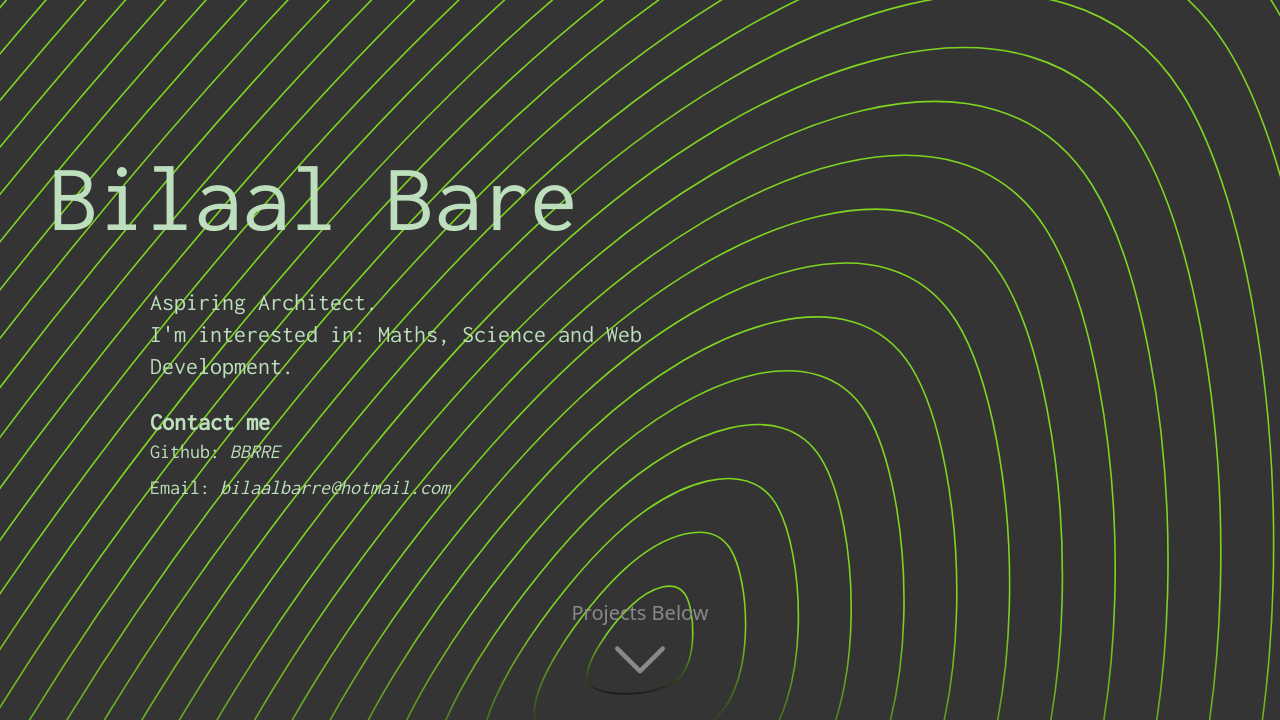
Repository: BBRRE/Portfolio-V2
Page: /
These files come from the project's save history. The page is drawn as it stood at one moment and after the next save; the edit follows.
The browser window is 1280 px wide. The pictures show the whole page.
Pictures or frames that could not be fetched are drawn as grey boxes. An inner scrolling area shows only its first screen. Some web fonts or font styles are not loaded; a fallback is used. The project was rebuilt for these pictures with package versions that can differ from the ones it lists, and the page was loaded fresh each time. Also part of the build but not shown: vite.config.js, src/Subjects/Archi.jsx, src/Subjects/CompSci.jsx, src/Subjects/EEng.jsx, src/Subjects/Other.jsx, src/ErrorBoundary.jsx.

Above is the page before, as saved 2025-01-16 08:35:02.

After the next save:
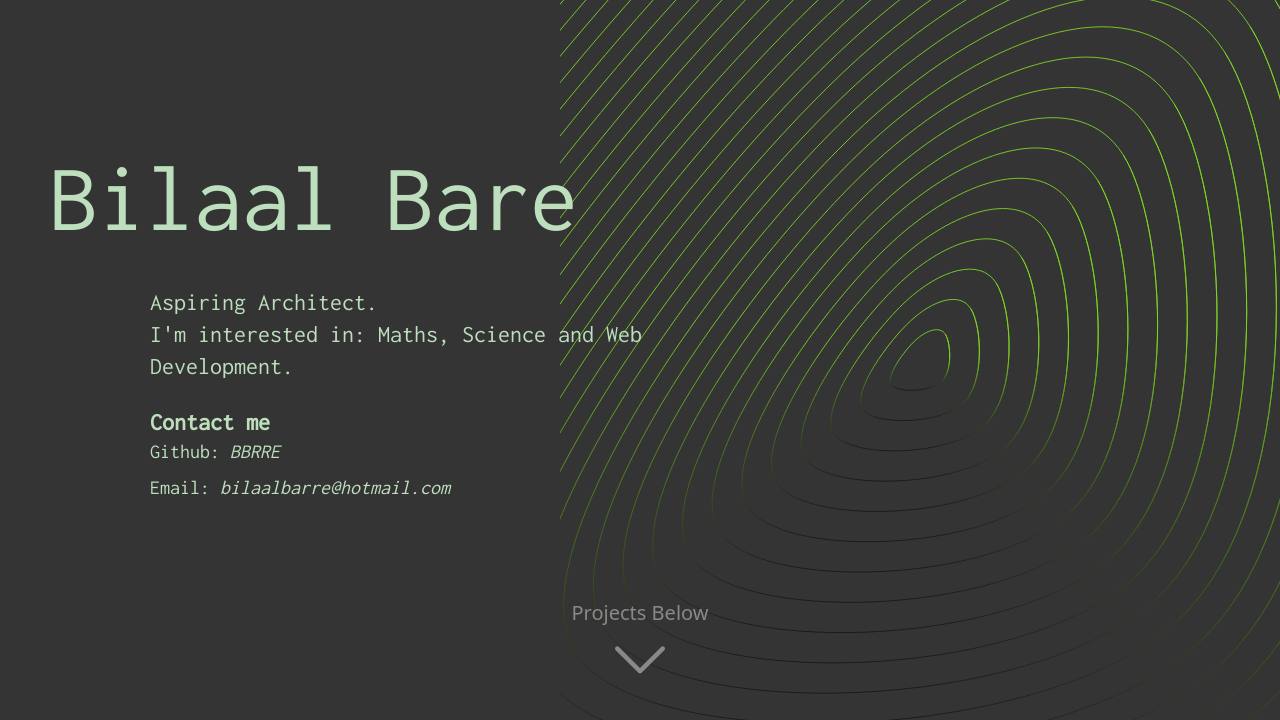
Saved 13 s later.
--- a/src/HomePage.jsx
+++ b/src/HomePage.jsx
@@ -11,7 +11,7 @@ export const HomePage = () => {
           <img
             src={wrd}
             alt="Background wave"
-            className='absolute md:right-0 top-0 w-full z- md:w-auto bg-[#343434]'
+            className='absolute h-full md:right-0 top-0 w-full z- md:w-auto bg-[#343434]'
           />
 
           <div className='px-4 md:px-0 z-30'>
